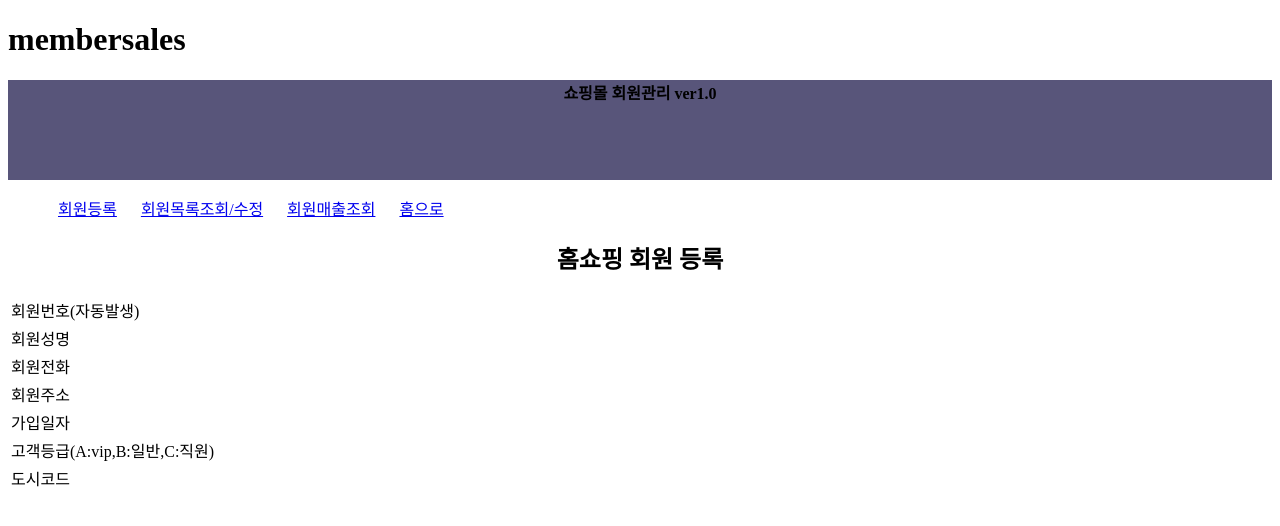
Repository: Kim-seongjun/javastudy2
Page: http://localhost/back_end_test/membersales
These files come from the project's save history. The page is drawn as it stood at one moment and after the next save; the edit follows.
The browser window is 1280 px wide. The pictures show the whole page.
The page is served by Tomcat 9.

Above is the page before, as saved 2020-01-22 05:55:13.

After the next save:
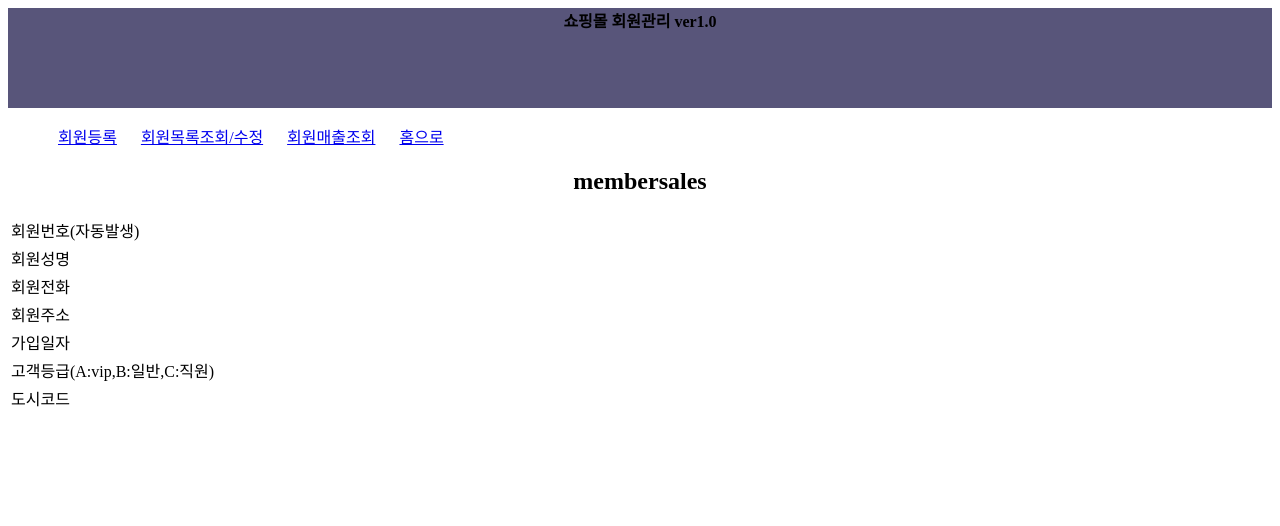
Saved 24 s later.
--- a/back_end_test/WebContent/membersales.jsp
+++ b/back_end_test/WebContent/membersales.jsp
@@ -19,7 +19,7 @@
 </style>
 </head>
 <body>
-<h1>membersales</h1>
+
 <header>
 		<div id="header">
 			<jsp:include page="header.jsp" />
@@ -32,7 +32,7 @@
 	</nav>
 	<section>
 		<div>
-			<h1 style="text-align: center;">홈쇼핑 회원 등록</h1>
+			<h1 style="text-align: center;">membersales</h1>
 		</div>
 		<div id="div_join">
 			<form action="#">
